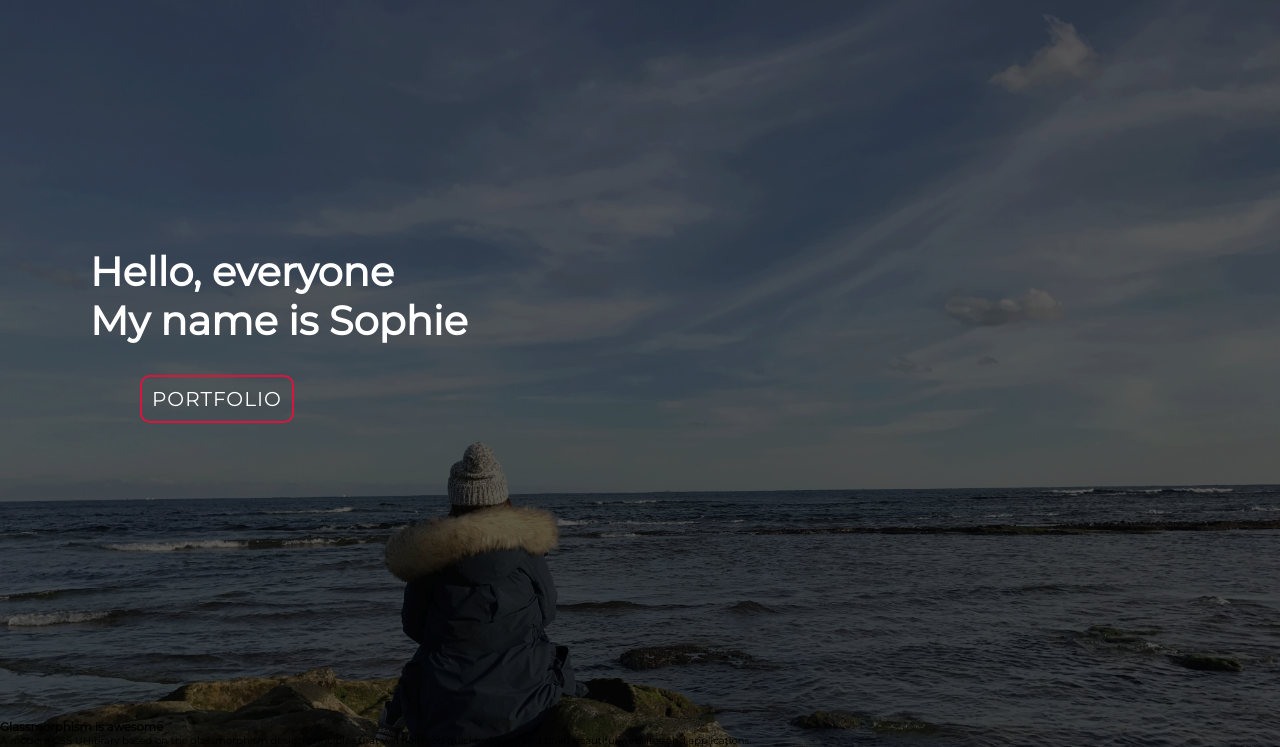
Repository: wenxi0504/StaticWebsite_Profolio
Page: index.html
These files come from the project's save history. The page is drawn as it stood at one moment and after the next save; the edit follows.
The browser window is 1280 px wide. The pictures show the whole page.

Above is the page before, as saved 2022-03-02 22:15:22.

After the next save:
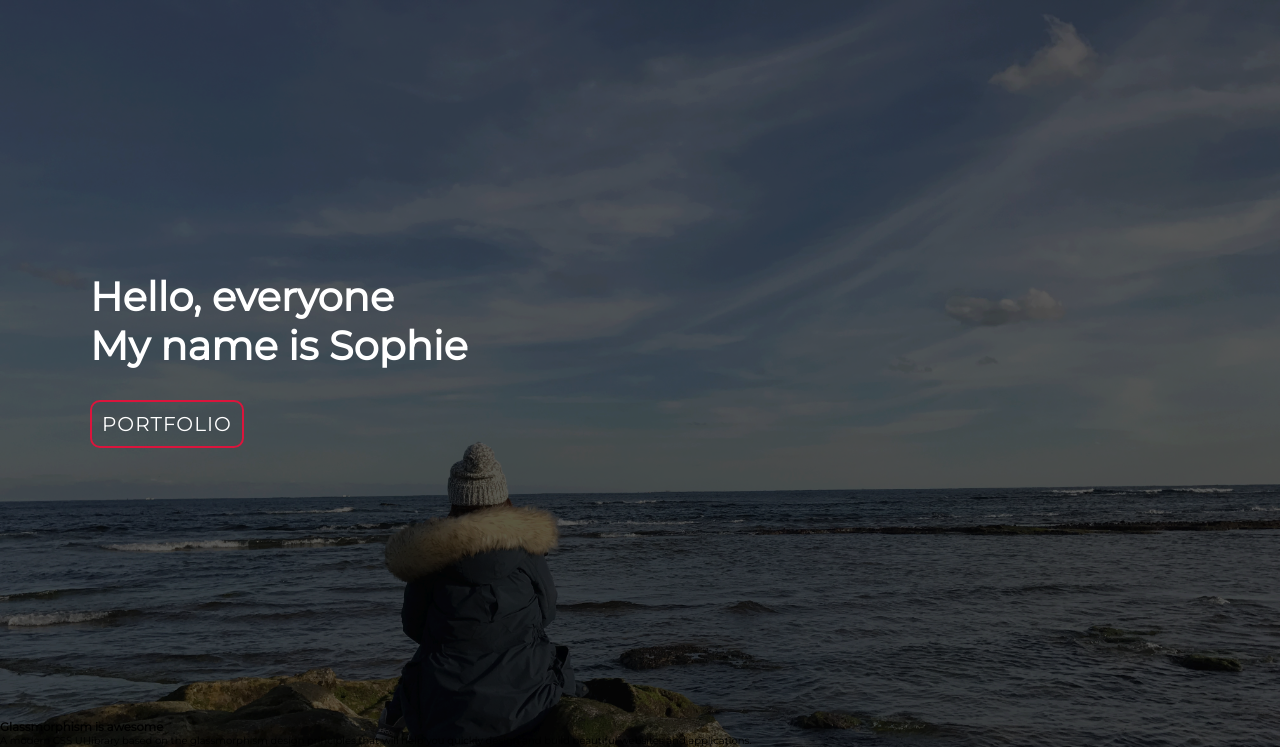
Saved 3 min 40 s later.
--- a/style.css
+++ b/style.css
@@ -98,8 +98,6 @@ animation-delay:0.5s
 
 #myIntro .cta {
   display: inline-block;
-  margin-left: 5rem;
-  margin-bottom: 5rem;
   padding: 1rem 1rem;
   color: white;
   background-color: transparent;
